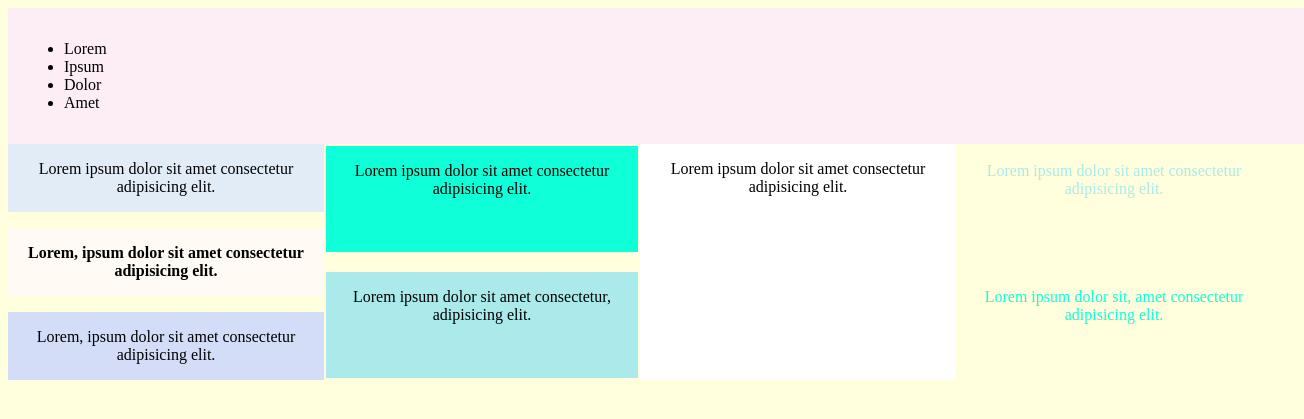
Repository: HTML-a-CSS-2/projekt-portfolio-Angelina555555
Page: .github/index.html
These files come from the project's save history. The page is drawn as it stood at one moment and after the next save; the edit follows.
The browser window is 1280 px wide. The page is 1304 px wide, so the pictures cover 1304 px, including what lies to the right of the window. The pictures show the whole page.

Above is the page before, as saved 2022-05-15 20:35:21.

After the next save:
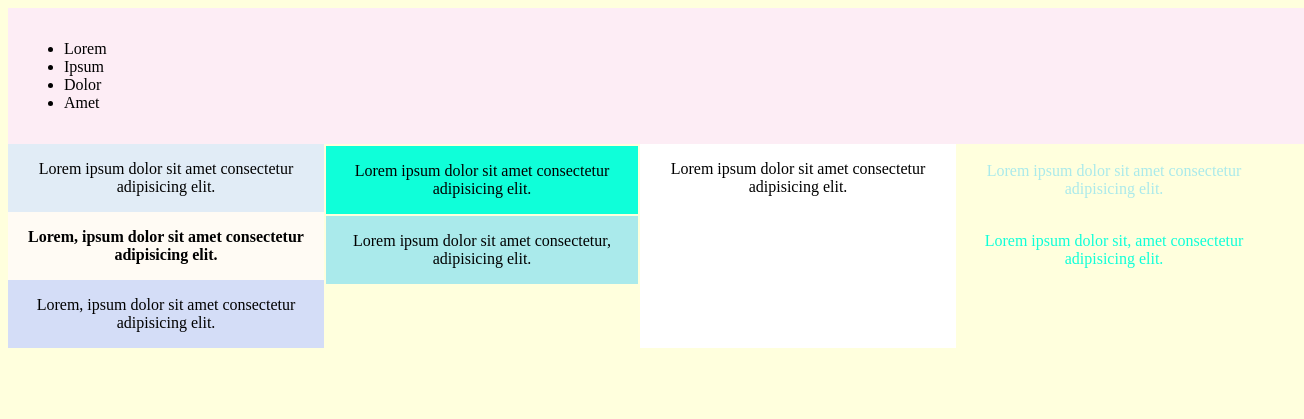
Saved 10 min 5 s later.
--- a/.github/default.css
+++ b/.github/default.css
@@ -19,8 +19,6 @@
 .age,
 .leader,
 .blok-posledni {
-  display: flex;
-  flex-wrap: wrap;
   text-align: center;
   gap: 1rem;
 }

After the save that followed:
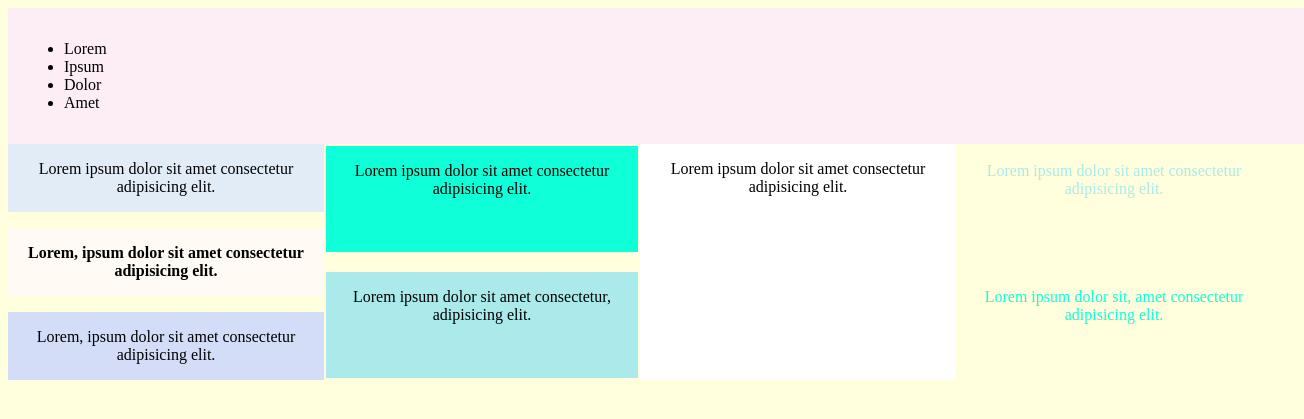
Saved 2 min 32 s later.
--- a/.github/default.css
+++ b/.github/default.css
@@ -19,6 +19,8 @@
 .age,
 .leader,
 .blok-posledni {
+  display: flex;
+  flex-wrap: wrap;
   text-align: center;
   gap: 1rem;
 }
